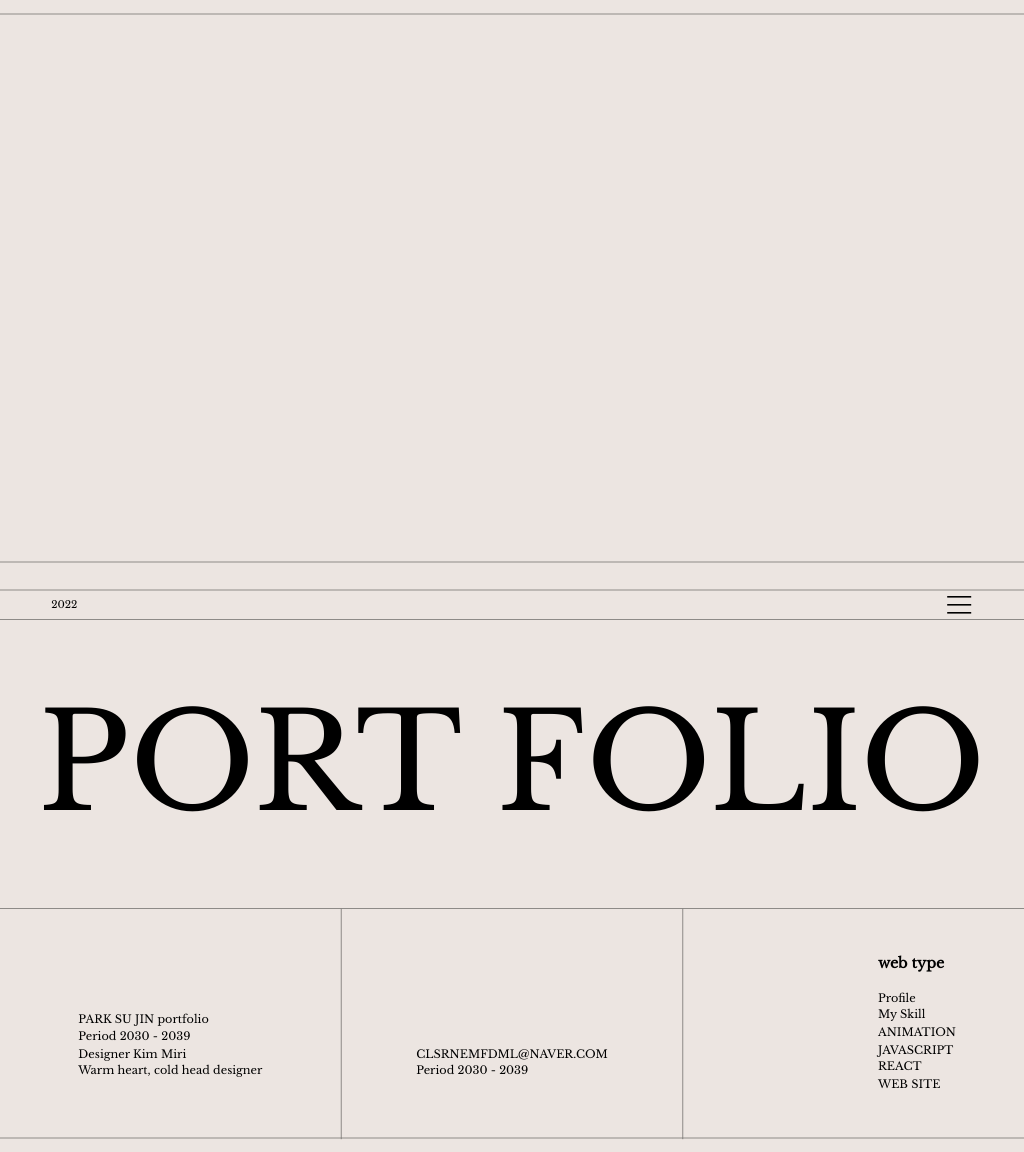
Repository: clsrnemfdml/portfolio_parksj_versiton1
Page: index.html
These files come from the project's save history. The page is drawn as it stood at one moment and after the next save; the edit follows.
The browser window is 1280 px wide. The pictures show the whole page, at 80% of full size.

Above is the page before, as saved 2021-09-10 07:39:19.

### index.html
<!DOCTYPE html>
<html lang="en">
<head>
    <meta charset="UTF-8">
    <meta http-equiv="X-UA-Compatible" content="IE=edge">
    <meta name="viewport" content="width=device-width, initial-scale=1.0">
    <title>parkjs portfolio</title>
    <meta name="descripsion" content="박수진의 포트폴리오 입니다.">
    <link rel="stylesheet" href="css/reset.css">
    <link rel="stylesheet" href="css/index.css">
    <style> @import url('https://fonts.googleapis.com/css2?family=Libre+Baskerville&display=swap');</style>
    <script src="js/index.js"></script>

</head>
<body>
    <div class="clickMenu">
        <div class="wrap_portFolio">
        </div>
    </div>
    <div id="wrap">
        <section id="section1">
            <div class="wrap_portFolio">
                <div class="menu">
                    <p>2022</p>
                    <span>
                    </span>
                </div>
                <div class="content">
                    <h6>PORT FOLIO</h6>
                </div>
                <div class="content_bottom">
                    <div class="rsum1">
                        <p>PARK SU JIN portfolio<br>
                        Period  2030 - 2039<br>
                        Designer   Kim Miri<br>
                        Warm heart, cold head designer</p>
                    </div>
                    <div class="rsum2">
                        <p>CLSRNEMFDML@NAVER.COM<br>
                        Period  2030 - 2039</p>
                    </div>
                    <div class="rsum3">
                        <ul>
                            <li class="fitst_write">web type</li>
                            <li>Profile</li>
                            <li>My Skill</li>
                            <li>ANIMATION</li>
                            <li>JAVASCRIPT</li>
                            <li>REACT</li>
                            <li>WEB SITE</li>
                        </ul>
                    </div>
                </div>
            </div>
        </section>
    </div>



</body>
</html>

### css/index.css


#wrap{width: 100%; height: auto;}



/* menu */
.clickMenu{height: 100vh; width: 100%; background: #ECE5E1;
    font-family: 'Libre Baskerville', serif; position: relative;}
.clickMenu .wrap_portFolio{
    width: 100%;
    height: 95vh;
    position: absolute;
    top: 50%;
    transform: translateY(-50%);
    border-bottom: 1px solid #767371;
    border-top: 1px solid #767371;
}


/*section1 */
#wrap #section1{height: 100vh; width: 100%; background: #ECE5E1;
    font-family: 'Libre Baskerville', serif; position: relative;}

#wrap #section1 .wrap_portFolio{
    width: 100%;
    height: 95vh;
    position: absolute;
    top: 50%;
    transform: translateY(-50%);
    border-bottom: 1px solid #767371;
    border-top: 1px solid #767371;
}

#wrap #section1 .menu{
    width: 100%;
    height: 5vh;
    border-bottom: 1px solid #767371;
    position: relative;
    font-size: 1vw;

}
#wrap #section1 .menu p{
    padding-left: 5%;
    position: absolute;
    top: 50%;
    transform: translateY(-50%);
}
#wrap #section1 .menu span{
    display: block;
    position: absolute;
    right: 4%;
    top: 50%;
    transform: translate(-50%, -50%);
    width: 30px;
    height: 2px;
    background: rgb(0, 0, 0);
    float: right;
}
    #wrap #section1 .menu span::before{
    content: '';
    width: 30px;
    height: 2px;
    background: rgb(0, 0, 0);
    position: absolute;
    left: 0;
    bottom: 10px;
    transform: rotate(0deg);
    transition-duration: .3s;
}
    #wrap #section1 .menu span::after{
        content: '';
        width: 30px;
        height: 2px;
        background: rgb(0, 0, 0);
        position: absolute;
        left: 0;
        top: 10px;
        transform: rotate(0deg);
        transition-duration: .3s;
    }

    #wrap #section1 .content{
        height: 50vh;
        position: relative;
        width: 100%;
        font-size: 13vw;
        text-align: center;
        border-bottom: 1px solid #767371;


    }
    #wrap #section1 .content h6{
        position: absolute;
        width: 100%;
        top: 50%;
        left: 50%;
        transform: translate(-50% , -50%);
        font-weight: 300;
    }

    #wrap #section1 .content_bottom{
        width: 100%;
        height: 40vh;
        position: absolute;
        display: flex;
    }


    #wrap #section1 .content_bottom > div{
        width: 33.333%;
        height: auto;
        font-size: 1.1vw;





    }
    #wrap #section1 .content_bottom > div p{
        padding-bottom: 10px;
    }

    #wrap #section1 .content_bottom .rsum1{
        border-right: 1px solid #767371;
        display: flex;
        justify-content: center;
        align-items: flex-end;
        line-height: 3vh;
        padding-bottom: 5%;


    }
    #wrap #section1 .content_bottom .rsum2{
        border-right: 1px solid #767371;
        display: flex;
        justify-content: center;
        align-items: flex-end;
        line-height: 3vh;
        padding-bottom: 5%;
    }

    #wrap #section1 .content_bottom .rsum3{
        display: flex;
        justify-content: end;
        align-items: center;
        line-height: 3vh;
    }
    #wrap #section1 .content_bottom .rsum3 ul{
        padding: 0 20%;
    }

    #wrap #section1 .content_bottom .rsum3 .fitst_write{
        font-weight: bold;
        font-size: 1.4vw;
        padding-bottom: 3vh;
    }

Loaded but not shown: css/reset.css (common file); js/index.js (no stored copy; drawn as an empty file)

After the next save:
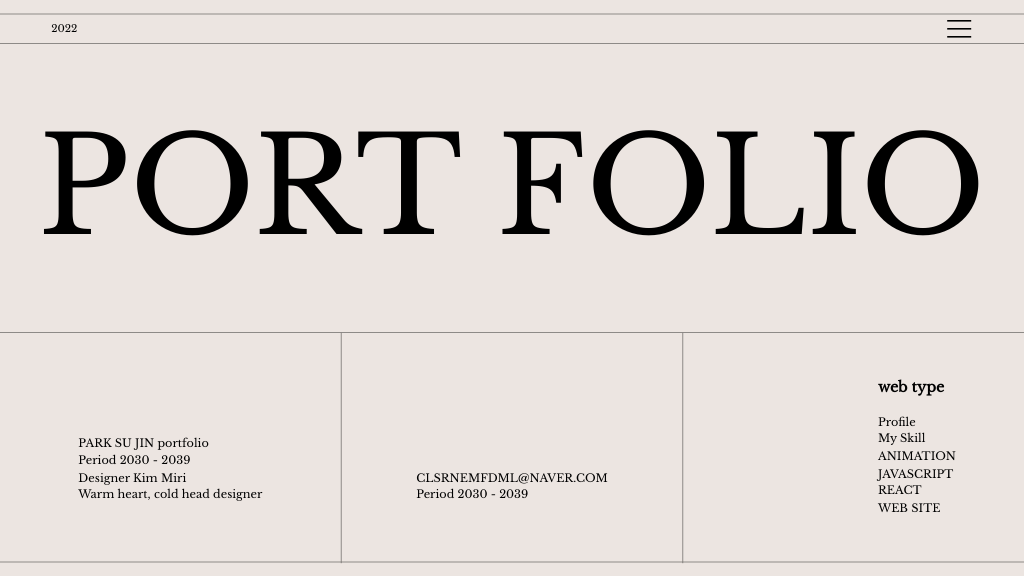
Saved 19 s later.
--- a/css/index.css
+++ b/css/index.css
@@ -6,7 +6,8 @@
 
 /* menu */
 .clickMenu{height: 100vh; width: 100%; background: #ECE5E1;
-    font-family: 'Libre Baskerville', serif; position: relative;}
+    font-family: 'Libre Baskerville', serif; position: absolute; }
+
 .clickMenu .wrap_portFolio{
     width: 100%;
     height: 95vh;
